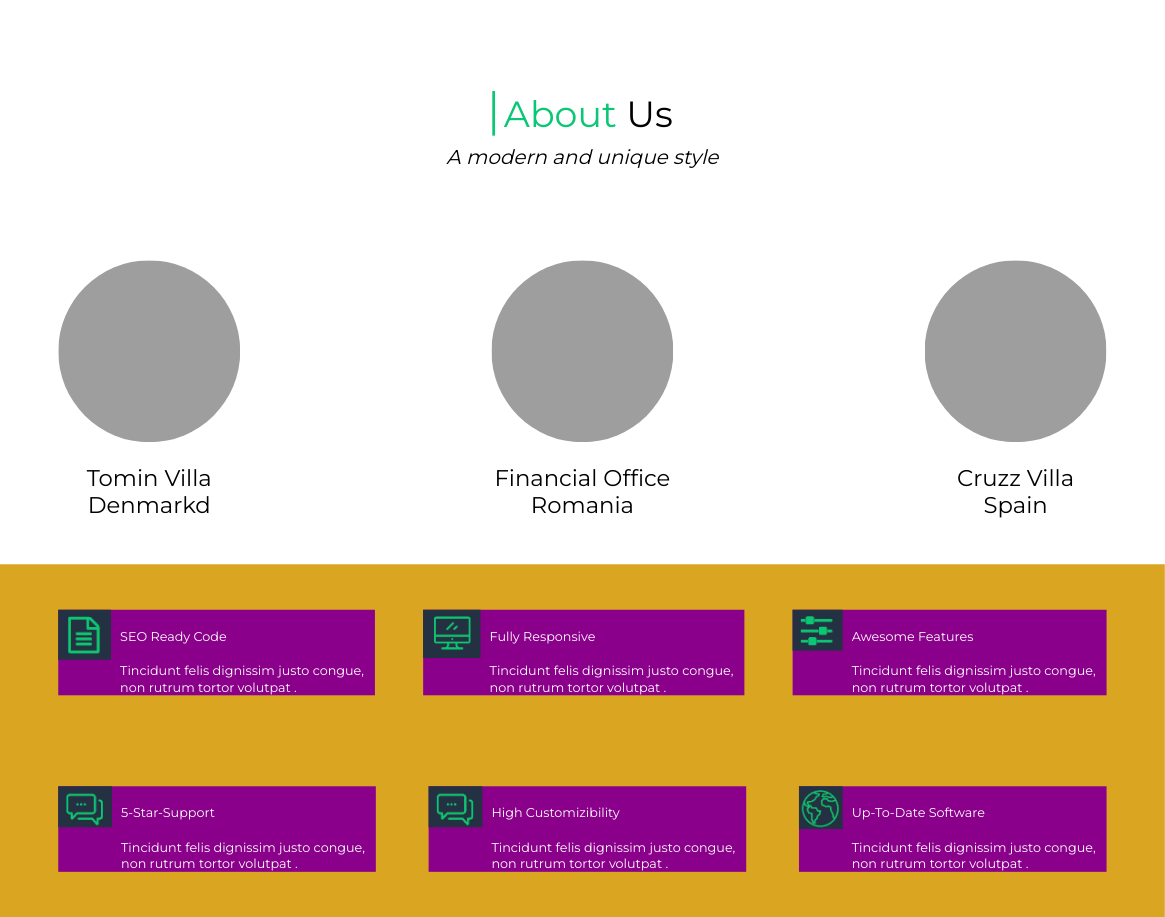
Repository: Yowani24/Real-Estate2
Page: index.html
The author's editor kept a copy of each file at every save. The page is drawn from the files as they stood at one save, then again after the next save.
The browser window is 1280 px wide. The pictures show the part of the page from y = 755 to 1875 px (the page is 1763 px tall before and 1875 px after), at 91% of full size.
Pictures or frames that could not be fetched are drawn as grey boxes. Some web fonts or font styles are not loaded; a fallback is used.

Above is the page before, as saved 2021-08-27 14:32:21.

### index.html
<!DOCTYPE html>
<html lang="en">
<head>
    <meta charset="UTF-8">
    <meta http-equiv="X-UA-Compatible" content="IE=edge">
    <meta name="viewport" content="width=device-width, initial-scale=1.0">
    <title>Real State</title>
    <link rel="stylesheet" href="styles.css">

    <!-- ============FONT-FAMILY============== -->
    <link rel="preconnect" href="https://fonts.googleapis.com">
    <link rel="preconnect" href="https://fonts.gstatic.com" crossorigin>
    <link href="https://fonts.googleapis.com/css2?family=Montserrat&family=Rozha+One&display=swap" rel="stylesheet">

    <!-- ======================VUELS CDN=================== -->
    <script src="https://cdn.jsdelivr.net/npm/vue@2"></script>

</head>
<body>
    <Header>
        <div class="interface_wrapper header_wrapper">
            <div class="logo_box">
                <img src="/images/realLogo.png" alt="">
                <p><span>Real</span> Estate</p>
            </div>

            <div class="menu">
                <nav>
                    <ul>
                        <li><a href="#">Home</a></li>
                        <li><a href="#">About</a></li>
                        <li><a href="#">Agents</a></li>
                        <li><a href="#">Price</a></li>
                        <li><a href="#">Blog</a></li>
                    </ul>
                </nav>
            </div>
        </div>
    </Header>

    <section class="showcase_sec">
        <div class="interface_wrapper showcase">
            <p>Give Life For Your <br/>Dream <span>Home</span></p>
            <p>Always on the lookout for the hi-tech advancements.  Build not only a product that can sell well, but a platform through which to deliver it.</p>

            <div class="btns_box">
                <button>Read more</button>
                <button>Contact Us</button>
            </div>
        </div>
    </section>

    <section class="about_us_sec">
        <div class="interface_wrapper about_us">
            <p><span>About</span> Us</p>
            <p>A modern and unique style </p>

            <div id="app">
                <div v-for="item in items">
                    <img :src="item.ima" alt="">
                    <p>{{item.desc}}</p>
                </div>
            </div>
        </div>
    </section>

    <section class="services_sec">
        <div id="services" class="interface_wrapper services">
            <div class="services_box" v-for="item in items">
                <img :src="item.ima" alt="">
                <div>
                    <p>{{item.titulo}}</p>
                    <p>{{item.desc}}</p>
                </div>
            </div>
        </div>
    </section>

    <script>
        var app = new Vue({
            el: '#app',
            data: {
                items: [
                    {ima:'https://images.unsplash.com/photo-1583231684537-bd79dc887244?ixlib=rb-1.2.1&ixid=MnwxMjA3fDB8MHxwaG90by1yZWxhdGVkfDZ8fHxlbnwwfHx8fA%3D%3D&auto=format&fit=crop&w=500&q=60', desc:'Tomin Villa Denmarkd'},
                    {ima:'https://images.unsplash.com/photo-1613490493576-7fde63acd811?ixlib=rb-1.2.1&ixid=MnwxMjA3fDB8MHxwaG90by1yZWxhdGVkfDV8fHxlbnwwfHx8fA%3D%3D&auto=format&fit=crop&w=500&q=60', desc:'Financial Office Romania'},
                    {ima:'https://images.unsplash.com/photo-1416331108676-a22ccb276e35?ixlib=rb-1.2.1&ixid=MnwxMjA3fDB8MHxwaG90by1yZWxhdGVkfDJ8fHxlbnwwfHx8fA%3D%3D&auto=format&fit=crop&w=500&q=60', desc:'Cruzz Villa Spain'},
                ]
            }
        });

        var app = new Vue({
            el: '#services',
            data: {
                items: [
                    {ima:'/images/SEO_Ready_Code.png', titulo:'SEO Ready Code', desc:'Tincidunt felis dignissim justo congue, non rutrum tortor volutpat .'},
                    {ima:'/images/Fully_Responsive.png', titulo:'Fully Responsive', desc:'Tincidunt felis dignissim justo congue, non rutrum tortor volutpat .'},
                    {ima:'/images/Awesome_Features.png', titulo:'Awesome Features', desc:'Tincidunt felis dignissim justo congue, non rutrum tortor volutpat .'},
                    {ima:'/images/5-Star-Support.png', titulo:'5-Star-Support', desc:'Tincidunt felis dignissim justo congue, non rutrum tortor volutpat .'},
                    {ima:'/images/5-Star-Support.png', titulo:'High Customizibility', desc:'Tincidunt felis dignissim justo congue, non rutrum tortor volutpat .'},
                    {ima:'/images/Up-To-Date Software.png', titulo:'Up-To-Date Software', desc:'Tincidunt felis dignissim justo congue, non rutrum tortor volutpat .'},

                ]
            }
        });

    </script>
</body>
</html>

### styles.css
*{
    margin: 0;
}

body{
    padding: 0;
    top: 0;
    left: 0;
    font-family: 'Montserrat', sans-serif;
}
.interface_wrapper{
    width: 90%;
    margin: 0 auto;
}

/* ======================HEADER======================= */
Header{
    background: rgb(5, 70, 66);
    color: #FFFFFF;
    padding: 10px 0;

}
.header_wrapper{
    display: flex;
    justify-content: space-between;
    align-items:center;
}
.logo_box{
    display: flex;
    align-items: center;
}
.logo_box p{
    font-size: 40px;
    font-weight: 400;
    font-family: 'Rozha One', serif;

}
.logo_box span{
    color: rgb(10, 199, 117);
}
Header .menu nav ul{
    display: flex;
    padding: 0;
}
Header .menu nav li{
    list-style: none;
    margin: 0 20px;
}
Header .menu nav a{
    text-decoration: none;
    color: #FFFFFF;
    font-size: 19px;

}

/* ======================SHOWCASE_SECTION======================= */
.showcase_sec{
    padding-top: 150px;
    padding-bottom: 100px;
    background-image: url('https://images.unsplash.com/photo-1544890603-cf0ce2d65561?ixlib=rb-1.2.1&ixid=MnwxMjA3fDB8MHxwaG90by1wYWdlfHx8fGVufDB8fHx8&auto=format&fit=crop&w=750&q=80');
    background-repeat: no-repeat;
    background-position: center;
    background-size: cover;
}
.showcase p:nth-child(1) {
    font-size: 85px;
    font-family: 'Rozha One', serif;
    width: 800px;
    border-left: 3px solid rgb(10, 199, 117);
    padding-left: 10px;
    line-height: 1;
    margin: 0 auto;
    color: #FFFFFF;

}
.showcase p:nth-child(1) span {
    color: rgb(10, 199, 117);
}

.showcase p:nth-child(2) {
    font-size: 16px;
    color: rgb(255, 255, 255);
    width: 650px;
    line-height: 2;
    margin-top: 75px;
}

.btns_box{
    margin-top: 40px;
}
.btns_box button {
    border: 2px solid rgb(10, 199, 117);
    padding: 0 45px;
    height: 55px;
    font-size: 16px;
    border-radius: 50px;
    font-weight: 500;
    color: #FFFFFF;
    line-height: 19px;
    cursor: pointer;
}

.btns_box button:nth-child(1) {
    background: rgb(10, 199, 117);
}
.showcase button:nth-child(2) {
    color:#FFFFFF;
    margin-left: 10px;
    background: none;
}


/* ======================ABOUT US======================= */
.about_us_sec{
    padding-bottom: 50px;
}
.about_us {
    display: flex;
    flex-direction: column;
}
.about_us p:nth-child(1) {
    font-size: 40px;
    border-left: 3px solid rgb(10, 199, 117);
    padding-left: 10px;
    margin: 0 auto;
    margin-top: 100px;
    margin-bottom: 10px;

}
.about_us p:nth-child(1) span {
    color: rgb(10, 199, 117);
}

.about_us p:nth-child(2) {
    font-size: 22px;
    font-style: italic;
    text-align: center;
    margin-bottom: 100px;
}

#app{
    display: flex;
    align-items: center;
    justify-content: space-between;
    width: 100%;
}
#app img{
    width: 200px;
    height: 200px;
    border-radius:100%;
}
#app p{
    text-align: center;
    font-size: 25px;
    width: 200px;
    margin: 0 auto;
    margin-top: 20px;
    font-style: normal;
}


/* ======================SERVICES======================= */

.services_sec{
    background: goldenrod;
    color: rgb(255, 255, 255);
}
.services{
    display: flex;
    flex-wrap: wrap;
    justify-content: space-between;
}
.services_box{
    display: flex;
    background: darkmagenta;
    margin: 50px 0;
    align-items: flex-start;
}
.services_box img{
    margin-right: 10px;
}
.services_box p{
    font-size: 30px;
}
.services_box p{
    font-size: 14px;
    width: 280px;
    margin-top: 20px;
}

After the next save:
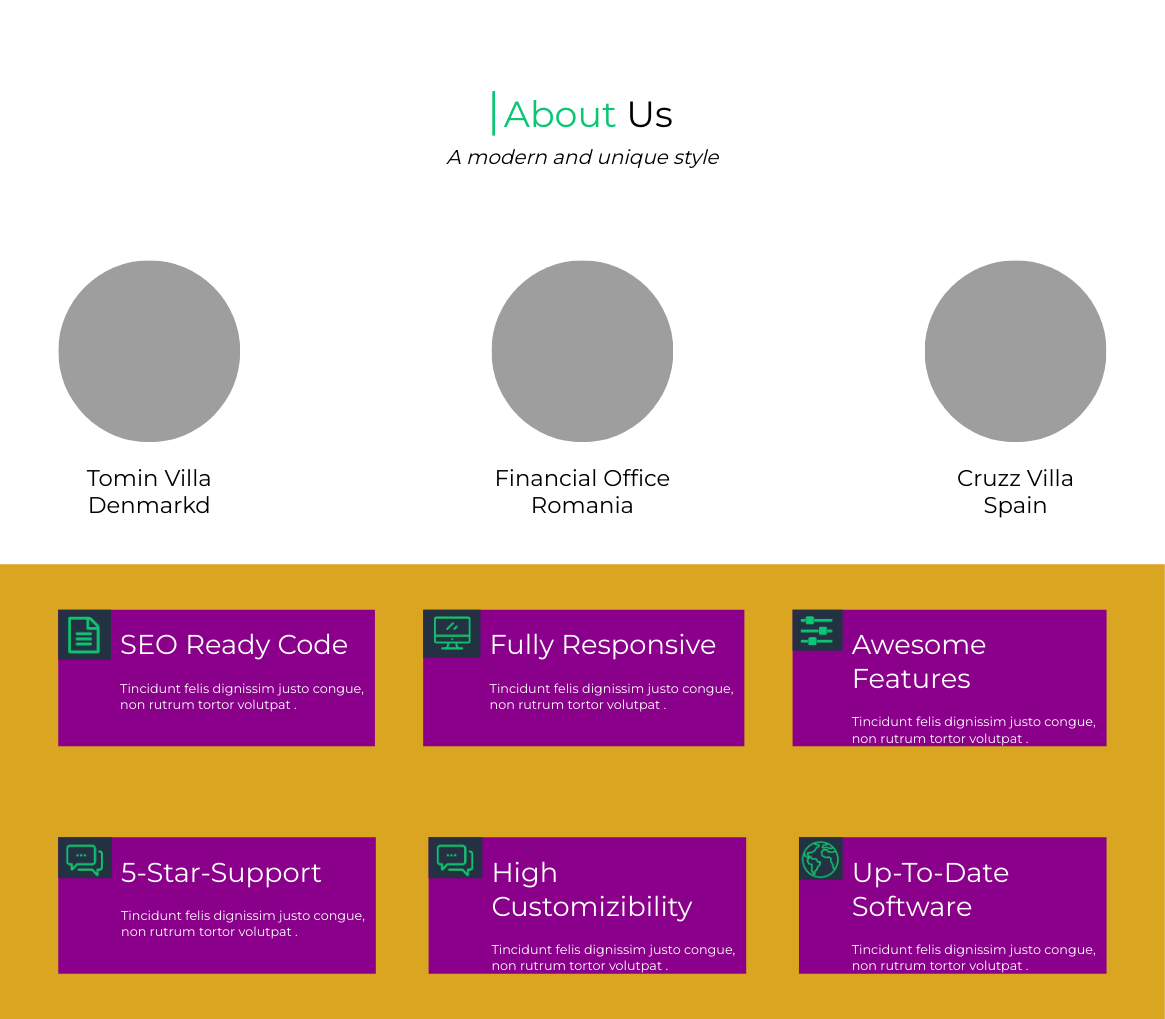
Saved 24 s later.
--- a/styles.css
+++ b/styles.css
@@ -179,7 +179,7 @@ Header .menu nav a{
 .services_box img{
     margin-right: 10px;
 }
-.services_box p{
+.services_box p:nth-child(1){
     font-size: 30px;
 }
 .services_box p{
